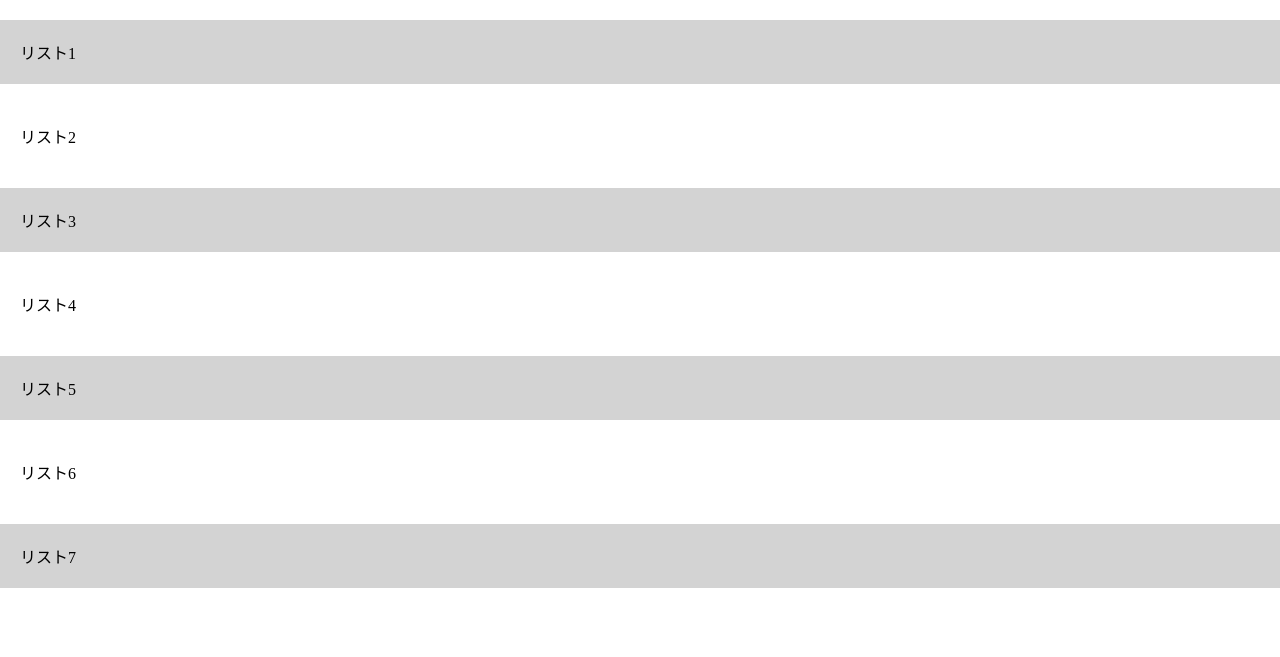
Repository: hayase-m/Webcamp
Page: chapter8/chapter8.html
The author's editor kept a record of every edit. The page is drawn from the files as they stood at one moment, then again after the next edit.
The browser window is 1280 px wide. The pictures show the whole page.

Above is the page before.

### chapter8/chapter8.html
<!DOCTYPE html>
<html lang="en">
<head>
  <meta charset="UTF-8">
  <link rel="stylesheet" href="style.css" type="text/css" />

  <title>Document</title>
</head>
<body>
  <ul class="all_list">
    <li class="list">リスト1</li>
    <li class="list">リスト2</li>
    <li class="list">リスト3</li>
    <li class="list">リスト4</li>
    <li class="list">リスト5</li>
    <li class="list">リスト6</li>
    <li class="list">リスト7</li>
  </ul>
</body>
</html>

### chapter8/style.css
* {
  margin: 0;
  padding: 0;
  box-sizing: border-box;
}

main {
  width: 960px;
  margin:50px auto;
}

.all_list {
  margin-bottom: 50px;
}

.list:nth-child(odd) {
  margin: 20px 0;
  padding: 20px;
  background-color: lightgray;
  list-style: none;

}

.list:nth-child(even) {
  margin: 20px 0;
  padding: 20px;
  list-style: none;
}

.box_parents {
  display: flex;
  flex-wrap: wrap;
  margin-bottom: 50px;
}

.box {
  width: 30%;
  height: 200px;
  margin-right: 5%;
  margin-bottom: 40px;
  background-color: yellow;
}

.box:first-child,
.box:nth-child(5),
.box:last-child {
  background-color: orange;
}

.box:nth-child(3n){
  margin-right:0;
}

.box:nth-last-child(-n + 3) {
  margin-bottom: 0;
}

After the next edit:
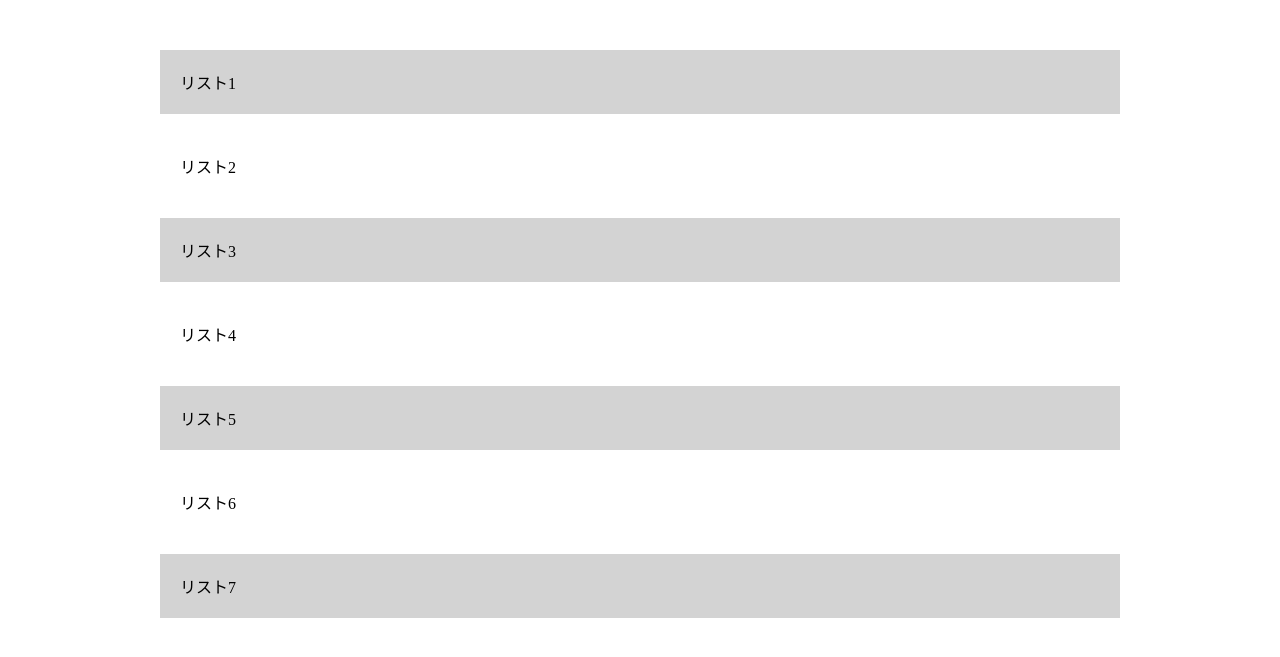
The edit:
--- a/chapter8/chapter8.html
+++ b/chapter8/chapter8.html
@@ -7,6 +7,7 @@
   <title>Document</title>
 </head>
 <body>
+  <main>
   <ul class="all_list">
     <li class="list">リスト1</li>
     <li class="list">リスト2</li>
